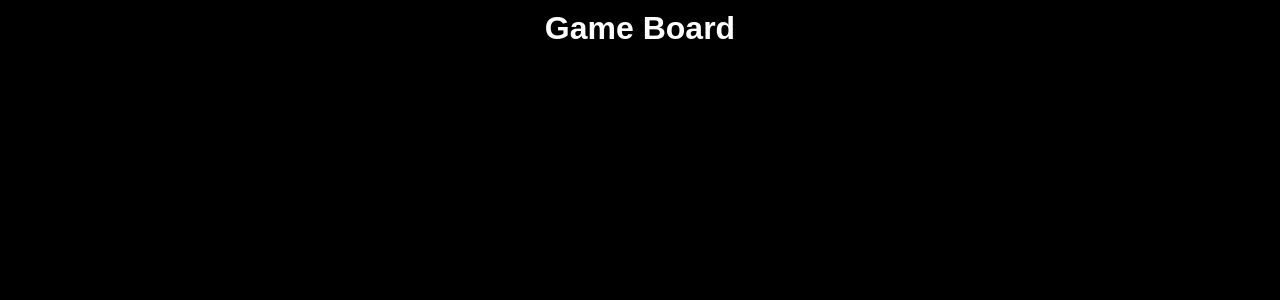
Repository: programmer686/Mastermind-with-Next.js
Page: /, after clicking the first element matching `button.StartScreen_51d34_startscreen__play_button`
The author's editor kept a copy of each file at every save. The page is drawn from the files as they stood at one save, then again after the next save.
The browser window is 1280 px wide. The pictures show the whole page.
The project was rebuilt for these pictures with package versions that can differ from the ones it lists, and the page was loaded fresh each time. The framework's server and built-in components were replaced by stand-ins that run in the browser. Also part of the build but not shown: next.config.js, src/styles/StartScreen.module.css.

Above is the page before, as saved 2023-07-15 19:15:26.

### src/pages/index.js

import Head from 'next/head'
import Image from 'next/image'
import { Inter } from 'next/font/google'
import styles from '@/styles/Home.module.css'
import StartScreen from '@/comps/StartScreen'
import { useState } from 'react'
import GameBoard from '@/comps/GameBoard'

const inter = Inter({ subsets: ['latin'] })

export default function Home() {
  const [startGame, setStartGame] = useState(true);

  function handleStart() {
    setStartGame(prev => prev ? prev == false : prev == prev);
  }
  return (
    <>
      <Head>
        <title>Create Next App</title>
        <meta name="description" content="Generated by create next app" />
        <meta name="viewport" content="width=device-width, initial-scale=1" />
        <link rel="icon" href="/favicon.ico" />
      </Head>
     <main className={styles.index__body}>
        {startGame ? <StartScreen handleStart={handleStart}/> : <GameBoard/>}
     </main>
    </>
  )
}

### src/styles/Home.module.css


.index__body {
  margin: 0;
  padding: 0;
  box-sizing: border-box;
  width: 100vw;
  height: 100vh;
  background-color: black;
}

### src/comps/StartScreen.js
import styles from '@/styles/StartScreen.module.css'

export default function StartScreen(props) {
    return (
        <main className={styles.startscreen__body}>
            <p className={styles.startscreen__game_name}>Mastermind Game</p>
            <button onClick={props.handleStart} className={styles.startscreen__play_button}>Play Game</button>
        </main>
    )
}

### src/comps/GameBoard.js
import styles from '@/styles/GameBoard.module.css'

export default function GameBoard() {
    return (
        <main>
            <div className={styles.GameBoard__header}>
                <h1 className={styles.GameBoard__name}>Game Board</h1>
            </div>
        </main>
    )
}

### src/styles/GameBoard.module.css
.GameBoard__header {
    width: 100%;
    padding: 10px 0px;
    text-align: center;
}

.GameBoard__name {
    font-weight: bolder;
    font-family: Arial, Helvetica, sans-serif;
    color: white;
}

### src/comps/PastPlay.js
import styles from '@/styles/PastPlay.module.css'

export default function PastPlay() {
    return (
        <main className={styles.PastPlay__board}>

        </main>
    )
}

### src/styles/PastPlay.module.css
.PastPlay__board {
    width: 400px;
    min-height: 200px;
    background: red;
}

Loaded but not shown: src/pages/_app.js (common file); src/pages/_document.js (common file); src/styles/globals.css (common file)

After the next save:
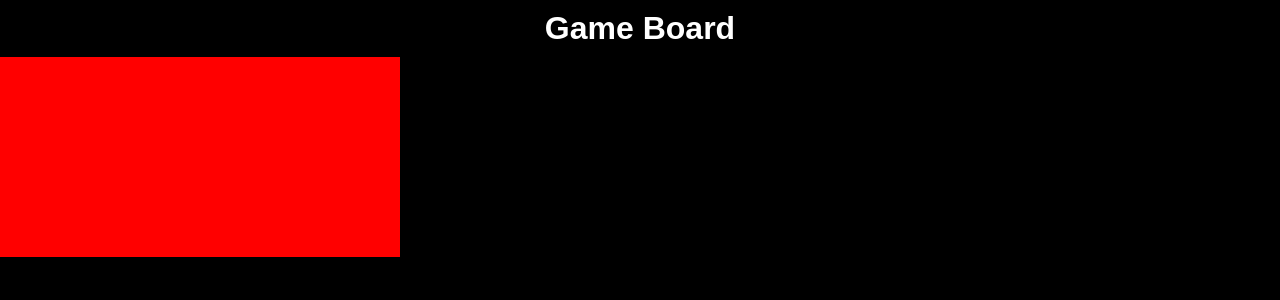
Saved 32 s later.
--- a/src/comps/GameBoard.js
+++ b/src/comps/GameBoard.js
@@ -1,4 +1,5 @@
 import styles from '@/styles/GameBoard.module.css'
+import PastPlay from './PastPlay'
 
 export default function GameBoard() {
     return (
@@ -6,6 +7,7 @@ export default function GameBoard() {
             <div className={styles.GameBoard__header}>
                 <h1 className={styles.GameBoard__name}>Game Board</h1>
             </div>
+            <PastPlay/>
         </main>
     )
 }
